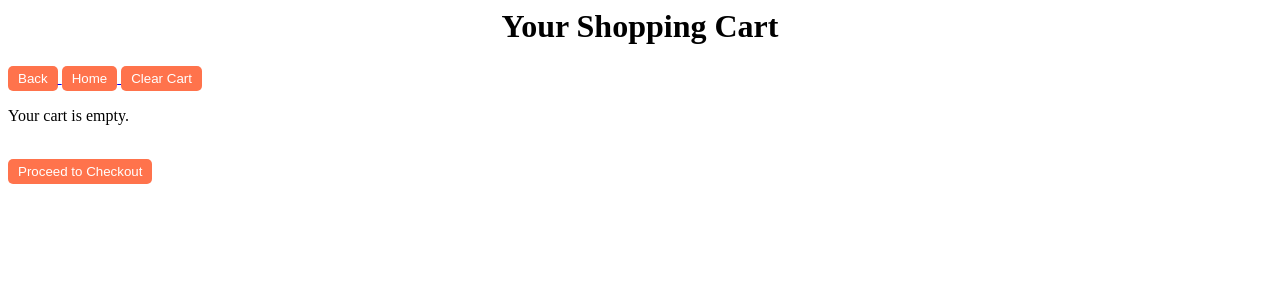
Repository: Sujith-B-S/Food-Application
Page: http://localhost/FoodApplication/cart.jsp
These files come from the project's save history. The page is drawn as it stood at one moment and after the next save; the edit follows.
The browser window is 1280 px wide. The pictures show the whole page.
The page is served by Tomcat 9. Other server files are loaded and not shown.

Above is the page before, as saved 2024-11-21 12:37:52.

### FoodApplication/src/main/webapp/cart.jsp
<%@ page language="java" contentType="text/html; charset=UTF-8" pageEncoding="UTF-8"%>
<%@ page import="java.util.*" %>
<%@ page import="com.sg.cartitempojo.CartItem" %>
<html>
<head>
    <title>Your Cart</title>
    <style>
        h1 {
            text-align: center;
        }

        .container {
            margin: 20px auto;
            width: 80%;
            border-collapse: collapse;
        }

        table {
            width: 100%;
            border-collapse: collapse;
        }

        th, td {
            padding: 10px;
            border: 1px solid #ddd;
            text-align: left;
        }

        th {
            background-color: #f2f2f2;
        }

        .total {
            text-align: right;
            font-weight: bold;
        }

        img {
            width: 80px;
            height: 80px;
        }

        button {
            padding: 5px 10px;
            background-color: #FF734C;
            border: none;
            color: white;
            border-radius: 5px;
            cursor: pointer;
        }

        button:hover {
            background-color: #ff3d00;
        }
    </style>
</head>
<body>
    <h1>Your Shopping Cart</h1>
   <a href = "menu.jsp"> <button>Back</button> </a>
    <a href = "GetRestaurant"> <button>Home</button> </a>
    <a href = "ClearCartItem"> <button>Clear Cart</button> </a>

    <%
        // Retrieve the cart from the session
        Map<Integer, CartItem> cart = (Map<Integer, CartItem>) session.getAttribute("cart");

        if (cart != null && !cart.isEmpty()) {
    %>
    <table class="container">
        <thead>
            <tr>
                <th>Image</th>
                <th>Item Name</th>
                <th>Description</th>
                <th>Price (₹)</th>
                <th>Total (₹)</th>
                <th>Quantity</th>
            </tr>
        </thead>
        <tbody>
            <%
                double grandTotal = 0.0;
                for (CartItem item : cart.values()) {
                    double total = item.getQuantity() * item.getPrice();
                    grandTotal += total;
            %>

            <tr>

                <td><img src="<%= item.getImage() %>" alt="Item Image"></td>
                <td><%= item.getName() %></td>
                <td><%= item.getDescription() %></td>
                <td><%= item.getDescription() %></td>

                <td><%= item.getPrice() %></td>
                <td><%= total %></td>
                <td>
                    <form action="UpdateCartItem" method="get">
                        <input type="hidden" name="cartItemId" value="<%= item.getItemId() %>">
                        <select name="quantity" >
                            <%
                                // Dynamically generate quantity options from 1 to 10
                                for(int i = 0; i <= 10; i++) {
                            %>
                                <option value="<%= i %>" <%= (i == item.getQuantity()) ? "selected" : "" %>><%= i %></option>
                            <%
                                }
                            %>
                        </select>
                        <a href="UpdateCartItem?cartItemId=<%= item.getItemId() %>"><button>Update</button></a>
                    </form>
                        <a href="RemoveCartItem?cartItemId=<%= item.getItemId() %>"><button>Delete</button></a>
                </td>
            </tr>
            <% } %>
            <tr>
                <td colspan="5" class="total">Grand Total:</td>
                <td><%= grandTotal %></td>
            </tr>
        </tbody>
    </table>
    <%
        } else {
    %>
    <p>Your cart is empty.</p>
    <%
        }
    %>

    <br/>
    <a href="checkout.jsp"><button>Proceed to Checkout</button></a>
</body>
</html>

After the next save:
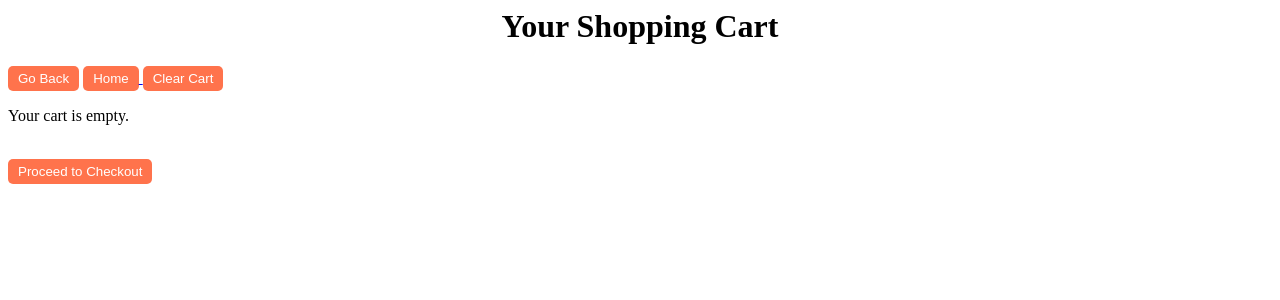
Saved 2 h 4 min later.
--- a/FoodApplication/src/main/webapp/cart.jsp
+++ b/FoodApplication/src/main/webapp/cart.jsp
@@ -56,7 +56,12 @@
 </head>
 <body>
     <h1>Your Shopping Cart</h1>
-   <a href = "menu.jsp"> <button>Back</button> </a>
+		   <button onclick="goBack()">Go Back</button>
+			<script>
+			  function goBack() {
+			    window.history.back();
+			  }
+			</script>
     <a href = "GetRestaurant"> <button>Home</button> </a>
     <a href = "ClearCartItem"> <button>Clear Cart</button> </a>
 
